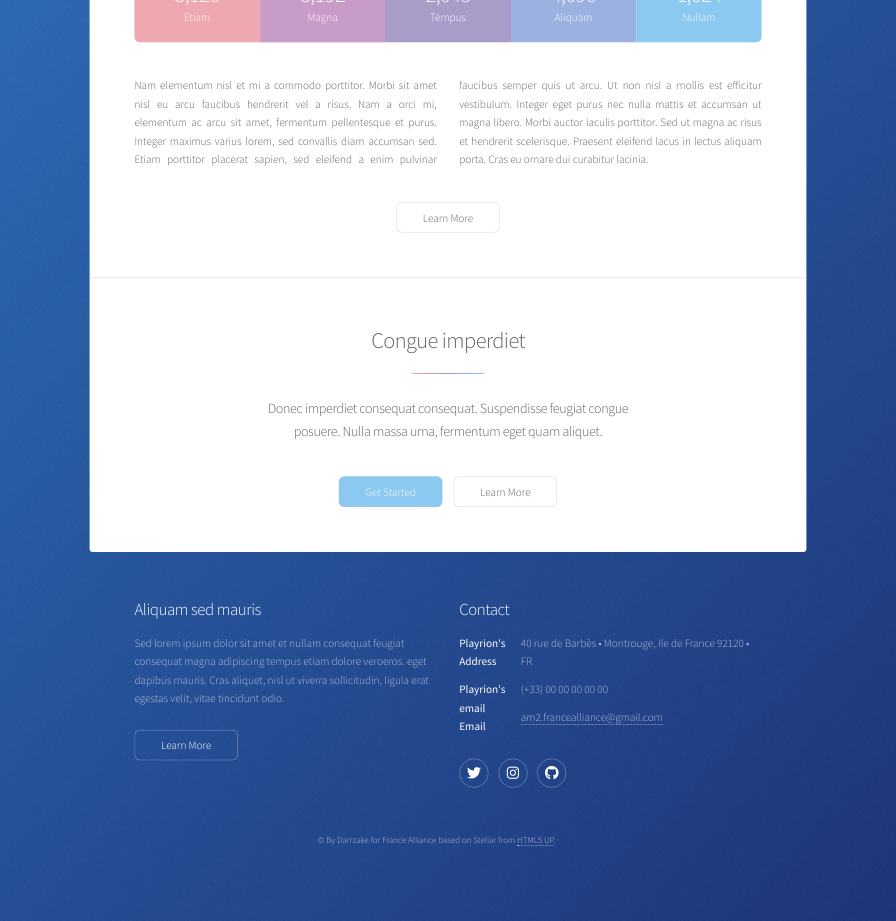
Repository: France-Alliance/France-Alliance.github.io
Page: index.html
The author's editor kept a copy of each file at every save. The page is drawn from the files as they stood at one save, then again after the next save.
The browser window is 1280 px wide. The pictures show the part of the page from y = 2199 to 4119 px (the page is 3515 px tall before and 4301 px after), at 70% of full size.

Above is the page before, as saved 2021-04-06 09:50:56.

### index.html
<!DOCTYPE HTML>
<!--
	From Stellar by HTML5 UP
	html5up.net | @ajlkn
	Free for personal and commercial use under the CCA 3.0 license (html5up.net/license)
-->
<html>
	<head>
		<title>France Alliance</title>
		<meta charset="utf-8" />
		<meta name="viewport" content="width=device-width, initial-scale=1, user-scalable=no" />
		<link rel="stylesheet" href="assets/css/main.css" />
		<noscript><link rel="stylesheet" href="assets/css/noscript.css" /></noscript>
		<script src="https://twemoji.maxcdn.com/v/latest/twemoji.min.js" crossorigin="anonymous"></script>
	</head>
	<body class="is-preload">

		<!-- Wrapper -->
			<div id="wrapper">

				<!-- Header -->
					<header id="header" class="alt">
						<span class="logo"><img src="images/Fichier 1.png" alt="" /></span>
						<h1>France Alliance</h1>
						<p>An alliance by players, for players !<br>
						Come and fly with us !<br>
						( FR | EN )<br>
						<br><u>Join us on (<a href="https://discord.com/invite/ZGWHpfm">Discord</a>) !</u></p>
					</header>

				<!-- Nav -->
					<nav id="nav">
						<ul>
							<li><a href="#intro" class="active">Corporation</a></li>
							<li><a href="#first">Aquila</a></li>
							<li><a href="#second">Pyxis</a></li>
							<li><a href="#third">Cygnus</a></li>
							<li><a href="#au">About us</a></li>
						</ul>
					</nav>

				<!-- Main -->
					<div id="main">

						<!-- Introduction -->
							<section id="intro" class="main">
								<div class="spotlight">
									<div class="content">
										<header class="major">
											<h2>Ipsum sed adipiscing</h2>
										</header>
										<p>Sed lorem ipsum dolor sit amet nullam consequat feugiat consequat magna
										adipiscing magna etiam amet veroeros. Lorem ipsum dolor tempus sit cursus.
										Tempus nisl et nullam lorem ipsum dolor sit amet aliquam.</p>
										<ul class="actions">
											<li><a href="generic.html" class="button">Learn More</a></li>
										</ul>
									</div>
									<span class="image"><img src="images/pic01.jpg" alt="" /></span>
								</div>
							</section>

							<!-- First Section -->
							<section id="first" class="main special">
								<header class="major">
									<h2>Ipsum consequat</h2>
									<p>Donec imperdiet consequat consequat. Suspendisse feugiat congue<br />
									posuere. Nulla massa urna, fermentum eget quam aliquet.</p>
								</header>
								<ul class="statistics">
									<li class="style1">
										<span class="icon solid fa-code-branch"></span>
										<strong>5,120</strong> Etiam
									</li>
									<li class="style2">
										<span class="icon fa-folder-open"></span>
										<strong>8,192</strong> Magna
									</li>
									<li class="style3">
										<span class="icon solid fa-signal"></span>
										<strong>2,048</strong> Tempus
									</li>
									<li class="style4">
										<span class="icon solid fa-laptop"></span>
										<strong>4,096</strong> Aliquam
									</li>
									<li class="style5">
										<span class="icon fa-gem"></span>
										<strong>1,024</strong> Nullam
									</li>
								</ul>
								<p class="content">Nam elementum nisl et mi a commodo porttitor. Morbi sit amet nisl eu arcu faucibus hendrerit vel a risus. Nam a orci mi, elementum ac arcu sit amet, fermentum pellentesque et purus. Integer maximus varius lorem, sed convallis diam accumsan sed. Etiam porttitor placerat sapien, sed eleifend a enim pulvinar faucibus semper quis ut arcu. Ut non nisl a mollis est efficitur vestibulum. Integer eget purus nec nulla mattis et accumsan ut magna libero. Morbi auctor iaculis porttitor. Sed ut magna ac risus et hendrerit scelerisque. Praesent eleifend lacus in lectus aliquam porta. Cras eu ornare dui curabitur lacinia.</p>
								<footer class="major">
									<ul class="actions special">
										<li><a href="generic.html" class="button">Learn More</a></li>
									</ul>
								</footer>
							</section>

						<!-- First Section Example
							<section id="second" class="main special">
								<header class="major">
									<h2>Magna veroeros</h2>
								</header>
								<ul class="features">
									<li>
										<span class="icon solid major style1 fa-code"></span>
										<h3>Ipsum consequat</h3>
										<p>Sed lorem amet ipsum dolor et amet nullam consequat a feugiat consequat tempus veroeros sed consequat.</p>
									</li>
									<li>
										<span class="icon major style3 fa-copy"></span>
										<h3>Amed sed feugiat</h3>
										<p>Sed lorem amet ipsum dolor et amet nullam consequat a feugiat consequat tempus veroeros sed consequat.</p>
									</li>
									<li>
										<span class="icon major style5 fa-gem"></span>
										<h3>Dolor nullam</h3>
										<p>Sed lorem amet ipsum dolor et amet nullam consequat a feugiat consequat tempus veroeros sed consequat.</p>
									</li>
								</ul>
								<footer class="major">
									<ul class="actions special">
										<li><a href="generic.html" class="button">Learn More</a></li>
									</ul>
								</footer>
							</section>
						-->

						<!-- Second Section -->
							<section id="second" class="main special">
								<header class="major">
									<h2>Ipsum consequat</h2>
									<p>Donec imperdiet consequat consequat. Suspendisse feugiat congue<br />
									posuere. Nulla massa urna, fermentum eget quam aliquet.</p>
								</header>
								<ul class="statistics">
									<li class="style1">
										<span class="icon solid fa-code-branch"></span>
										<strong>5,120</strong> Etiam
									</li>
									<li class="style2">
										<span class="icon fa-folder-open"></span>
										<strong>8,192</strong> Magna
									</li>
									<li class="style3">
										<span class="icon solid fa-signal"></span>
										<strong>2,048</strong> Tempus
									</li>
									<li class="style4">
										<span class="icon solid fa-laptop"></span>
										<strong>4,096</strong> Aliquam
									</li>
									<li class="style5">
										<span class="icon fa-gem"></span>
										<strong>1,024</strong> Nullam
									</li>
								</ul>
								<p class="content">Nam elementum nisl et mi a commodo porttitor. Morbi sit amet nisl eu arcu faucibus hendrerit vel a risus. Nam a orci mi, elementum ac arcu sit amet, fermentum pellentesque et purus. Integer maximus varius lorem, sed convallis diam accumsan sed. Etiam porttitor placerat sapien, sed eleifend a enim pulvinar faucibus semper quis ut arcu. Ut non nisl a mollis est efficitur vestibulum. Integer eget purus nec nulla mattis et accumsan ut magna libero. Morbi auctor iaculis porttitor. Sed ut magna ac risus et hendrerit scelerisque. Praesent eleifend lacus in lectus aliquam porta. Cras eu ornare dui curabitur lacinia.</p>
								<footer class="major">
									<ul class="actions special">
										<li><a href="generic.html" class="button">Learn More</a></li>
									</ul>
								</footer>
							</section>

						<!-- Get Started -->
							<section id="au" class="main special">
								<header class="major">
									<h2>Congue imperdiet</h2>
									<p>Donec imperdiet consequat consequat. Suspendisse feugiat congue<br />
									posuere. Nulla massa urna, fermentum eget quam aliquet.</p>
								</header>
								<footer class="major">
									<ul class="actions special">
										<li><a href="generic.html" class="button primary">Get Started</a></li>
										<li><a href="generic.html" class="button">Learn More</a></li>
									</ul>
								</footer>
							</section>

					</div>

				<!-- Footer -->
					<footer id="footer">
						<section>
							<h2>Aliquam sed mauris</h2>
							<p>Sed lorem ipsum dolor sit amet et nullam consequat feugiat consequat magna adipiscing tempus etiam dolore veroeros. eget dapibus mauris. Cras aliquet, nisl ut viverra sollicitudin, ligula erat egestas velit, vitae tincidunt odio.</p>
							<ul class="actions">
								<li><a href="generic.html" class="button">Learn More</a></li>
							</ul>
						</section>
						<section>
							<h2>Contact</h2>
							<dl class="alt">
								<dt>Playrion's Address</dt>
								<dd>40 rue de Barbès &bull; Montrouge, Ile de France 92120 &bull; FR</dd>
								<dt>Playrion's email</dt>
								<dd>(+33) 00 00 00 00 00</dd>
								<dt>Email</dt>
								<dd><a href="#">am2.francealliance@gmail.com</a></dd>
							</dl>
							<ul class="icons">
								<li><a href="https://twitter.com/FranceAlliance" class="icon brands fa-twitter alt"><span class="label">Twitter</span></a></li>
								<!--<li><a href="#" class="icon brands fa-facebook-f alt"><span class="label">Facebook</span></a></li>-->
								<li><a href="https://www.instagram.com/francealliance" class="icon brands fa-instagram alt"><span class="label">Instagram</span></a></li>
								<li><a href="https://github.com/France-Alliance" class="icon brands fa-github alt"><span class="label">GitHub</span></a></li>
								<!--<li><a href="#" class="icon brands fa-dribbble alt"><span class="label">Dribbble</span></a></li>-->
							</ul>
						</section>
						<p class="copyright">&copy; By Darrzake for France Alliance based on  Stellar from <a href="https://html5up.net">HTML5 UP</a>.</p>
					</footer>

			</div>

		<!-- Scripts -->
			<script src="assets/js/jquery.min.js"></script>
			<script src="assets/js/jquery.scrollex.min.js"></script>
			<script src="assets/js/jquery.scrolly.min.js"></script>
			<script src="assets/js/browser.min.js"></script>
			<script src="assets/js/breakpoints.min.js"></script>
			<script src="assets/js/util.js"></script>
			<script src="assets/js/main.js"></script>

	</body>
</html>

Loaded but not shown: assets/css/fontawesome-all.min.css (library); assets/js/jquery.min.js (library); assets/js/jquery.scrollex.min.js (common file); assets/js/jquery.scrolly.min.js (common file); assets/js/browser.min.js (common file); assets/js/breakpoints.min.js (common file); assets/js/util.js (587 lines, source omitted); assets/js/main.js (123 lines, source omitted); assets/css/main.css (3784 lines, source omitted)

After the next save:
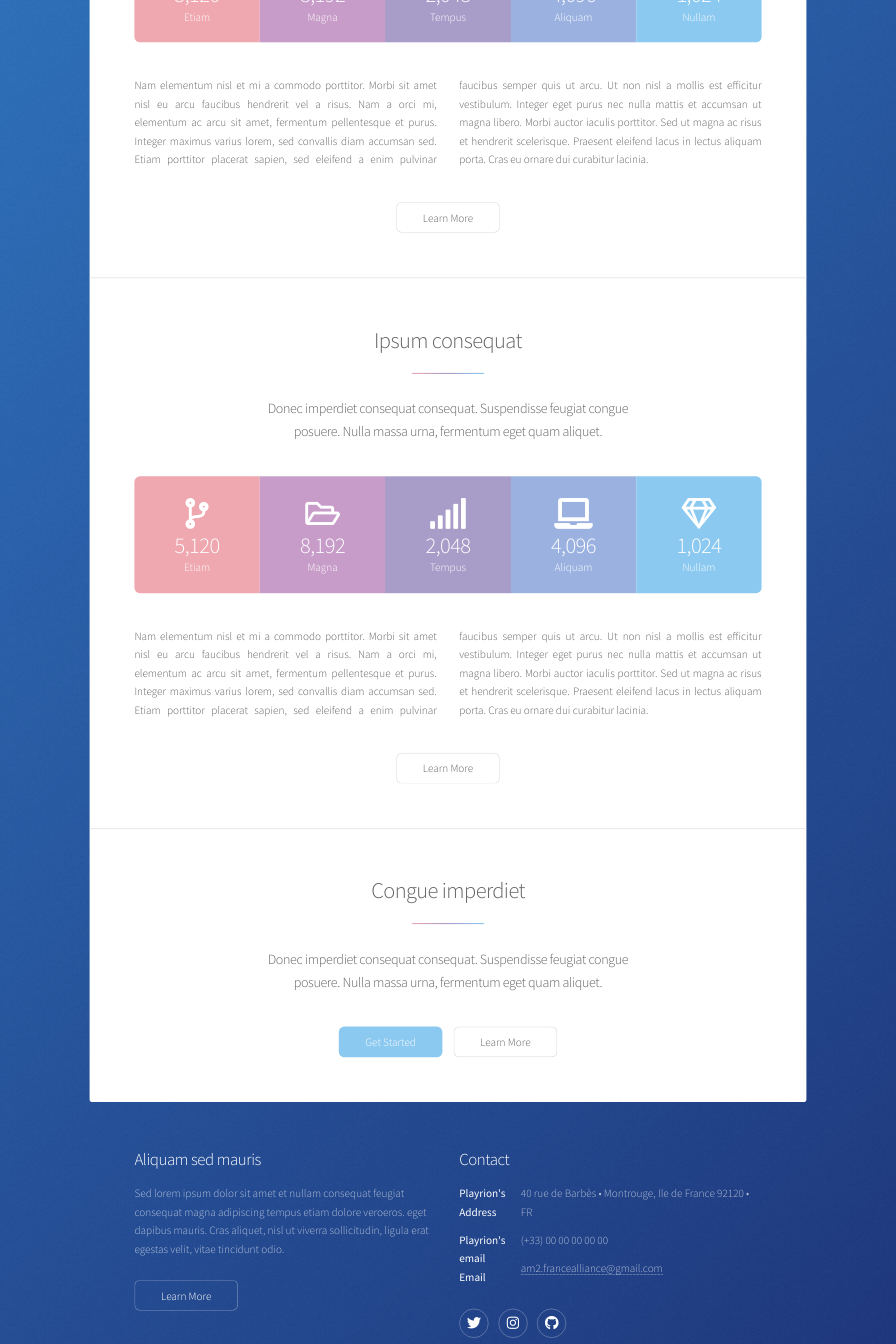
Saved 18 min 31 s later.
--- a/index.html
+++ b/index.html
@@ -164,7 +164,44 @@
 								</footer>
 							</section>
 
-						<!-- Get Started -->
+							<!-- About us -->
+							<section id="third" class="main special">
+								<header class="major">
+									<h2>Ipsum consequat</h2>
+									<p>Donec imperdiet consequat consequat. Suspendisse feugiat congue<br />
+									posuere. Nulla massa urna, fermentum eget quam aliquet.</p>
+								</header>
+								<ul class="statistics">
+									<li class="style1">
+										<span class="icon solid fa-code-branch"></span>
+										<strong>5,120</strong> Etiam
+									</li>
+									<li class="style2">
+										<span class="icon fa-folder-open"></span>
+										<strong>8,192</strong> Magna
+									</li>
+									<li class="style3">
+										<span class="icon solid fa-signal"></span>
+										<strong>2,048</strong> Tempus
+									</li>
+									<li class="style4">
+										<span class="icon solid fa-laptop"></span>
+										<strong>4,096</strong> Aliquam
+									</li>
+									<li class="style5">
+										<span class="icon fa-gem"></span>
+										<strong>1,024</strong> Nullam
+									</li>
+								</ul>
+								<p class="content">Nam elementum nisl et mi a commodo porttitor. Morbi sit amet nisl eu arcu faucibus hendrerit vel a risus. Nam a orci mi, elementum ac arcu sit amet, fermentum pellentesque et purus. Integer maximus varius lorem, sed convallis diam accumsan sed. Etiam porttitor placerat sapien, sed eleifend a enim pulvinar faucibus semper quis ut arcu. Ut non nisl a mollis est efficitur vestibulum. Integer eget purus nec nulla mattis et accumsan ut magna libero. Morbi auctor iaculis porttitor. Sed ut magna ac risus et hendrerit scelerisque. Praesent eleifend lacus in lectus aliquam porta. Cras eu ornare dui curabitur lacinia.</p>
+								<footer class="major">
+									<ul class="actions special">
+										<li><a href="generic.html" class="button">Learn More</a></li>
+									</ul>
+								</footer>
+							</section>
+
+						<!-- About us -->
 							<section id="au" class="main special">
 								<header class="major">
 									<h2>Congue imperdiet</h2>

After the save that followed:
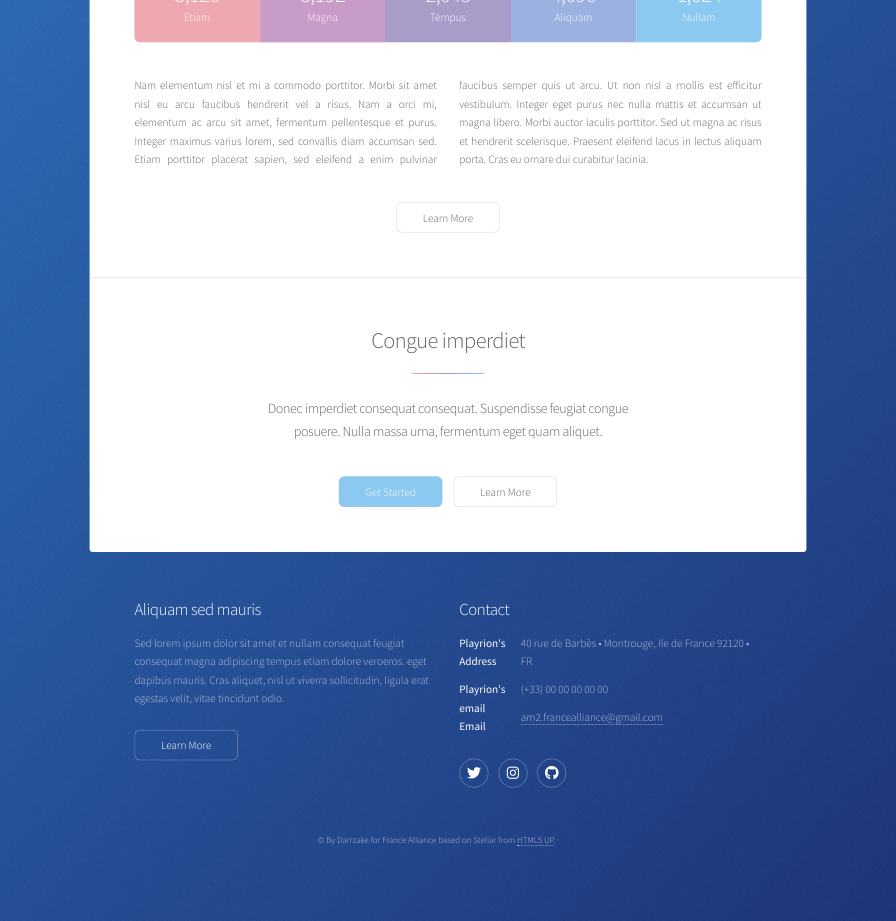
Saved 47 s later.
--- a/index.html
+++ b/index.html
@@ -127,7 +127,7 @@
 							</section>
 						-->
 
-						<!-- Second Section -->
+						<!-- Second Section
 							<section id="second" class="main special">
 								<header class="major">
 									<h2>Ipsum consequat</h2>
@@ -163,6 +163,7 @@
 									</ul>
 								</footer>
 							</section>
+						-->
 
 							<!-- About us -->
 							<section id="third" class="main special">
